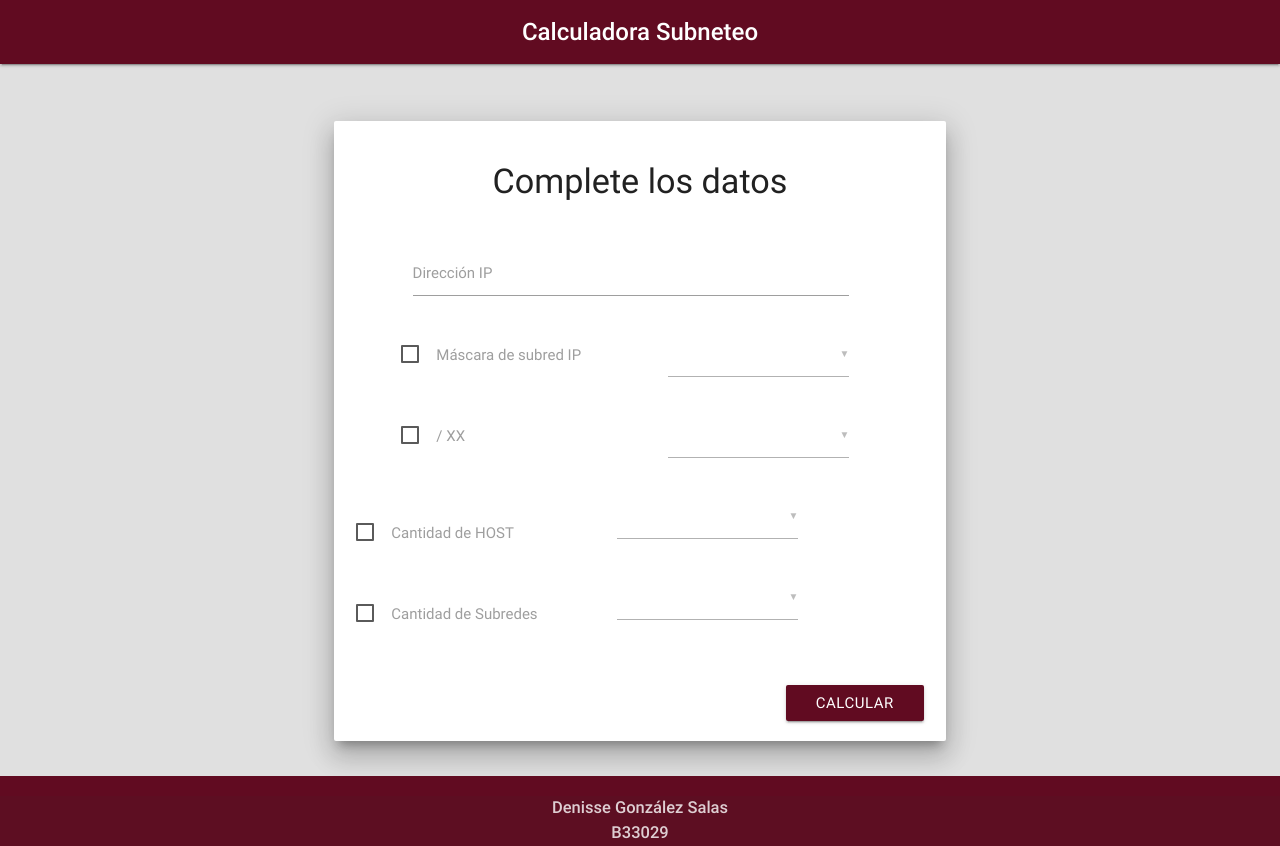
Repository: DenisseGS/Subnet-Calc
Page: http://localhost/
The author's editor kept a record of every edit. The page is drawn from the files as they stood at one moment, then again after the next edit.
The browser window is 1280 px wide. The pictures show the whole page.
Some web libraries are served in a nearby version. The page is served by the project's Laravel application, run on PHP 8.4 with Laravel 8. Queries for data that is not in the repository find no rows.

Above is the page before.

After the next edit:
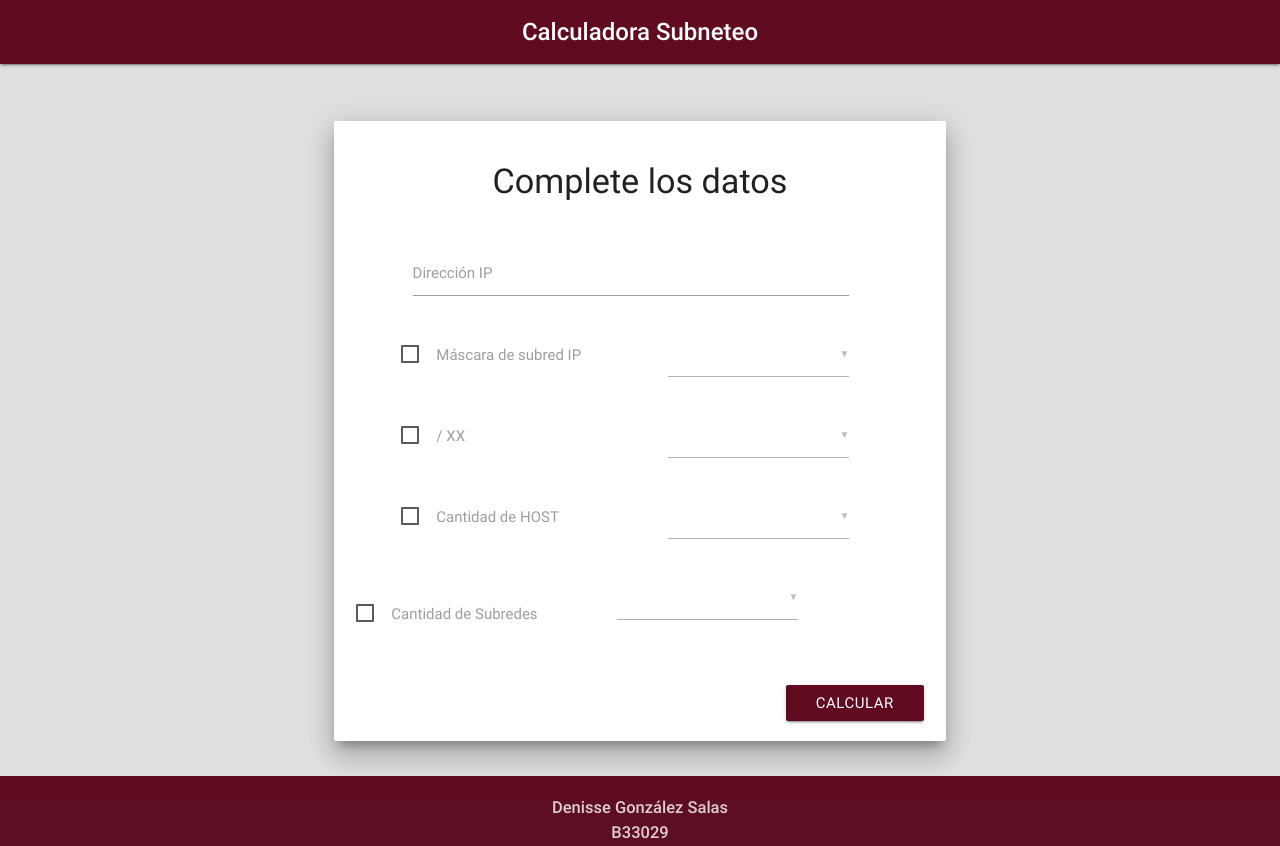
The edit:
--- a/resources/views/Calculadora.blade.php
+++ b/resources/views/Calculadora.blade.php
@@ -65,7 +65,7 @@
                         </select>
                     </div>
 
-                    <div class="input-field col s4">
+                    <div class="input-field col s5">
                         <div class="input-field col"></div><div class="input-field col"></div>
                         <input type="checkbox" id="checkHost"/>
                         <label for="checkHost">Cantidad de HOST</label><br><br>
